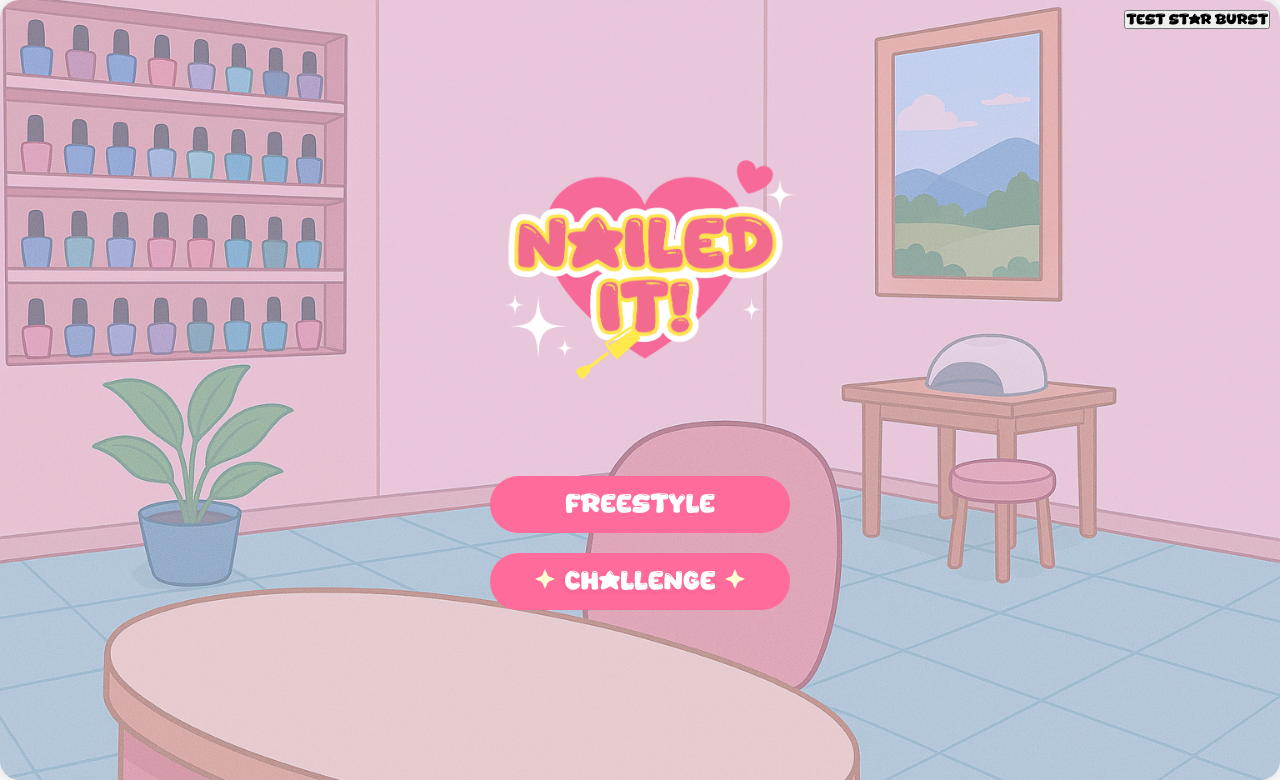
Repository: primcharlin/nailedit
Page: index.html
These files come from the project's save history. The page is drawn as it stood at one moment and after the next save; the edit follows.
The browser window is 1280 px wide. The pictures show the whole page.

Above is the page before, as saved 2025-05-11 22:25:17.

After the next save:
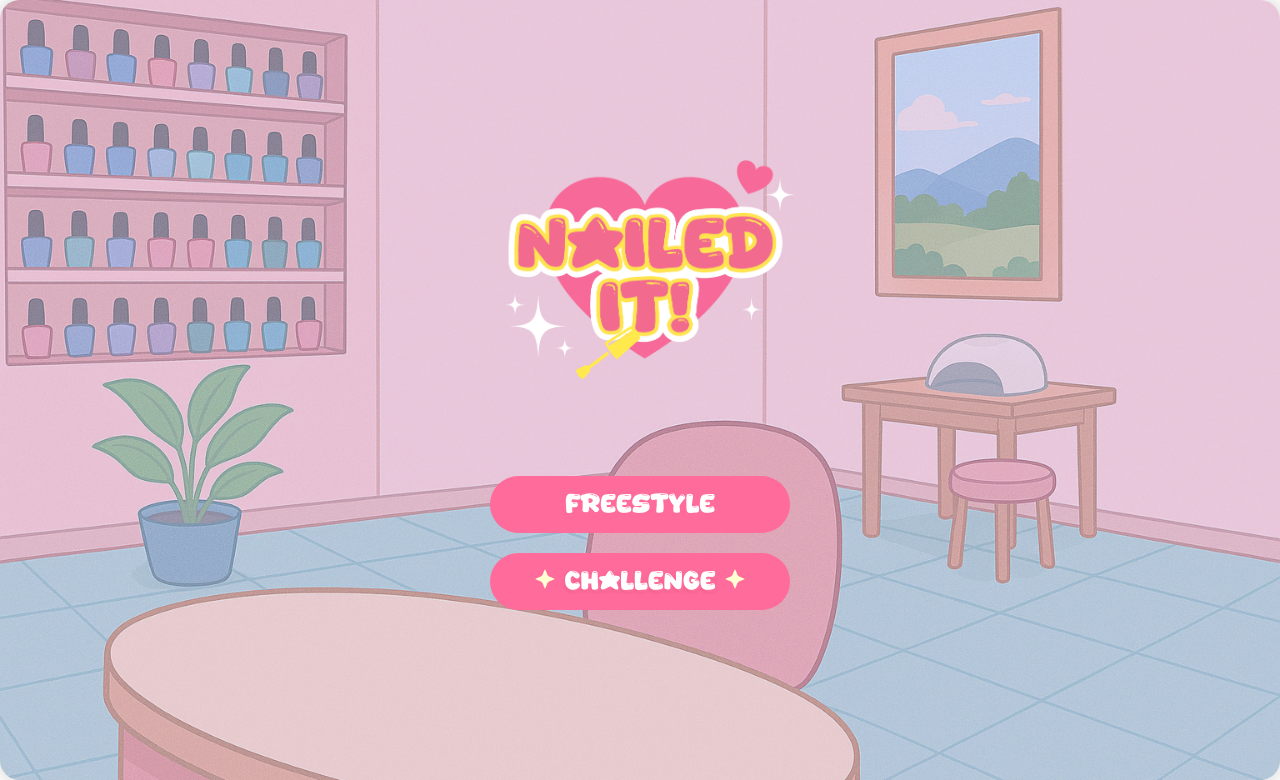
Saved 3 min 3 s later.
--- a/index.html
+++ b/index.html
@@ -185,9 +185,6 @@
                     Close
                 </button>
             </div>
-
-            <!-- Manual Star Burst Test Button (for debugging) -->
-            <button id="star-burst-test-btn" style="position: absolute; top: 10px; right: 10px; z-index: 10000;">Test Star Burst</button>
         </div>
 
         <script src="script.js"></script>
